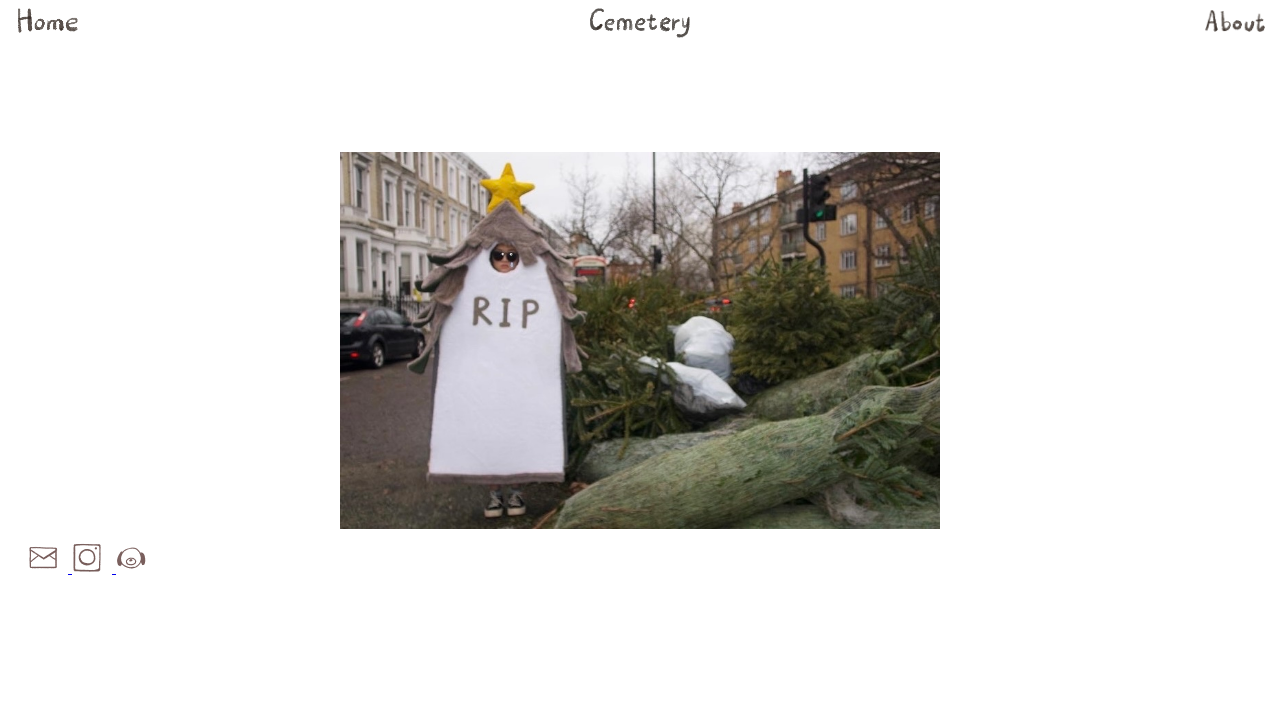
Repository: FuugaMo/ByeByeChristmasTree.github.io
Page: about.html
These files come from the project's save history. The page is drawn as it stood at one moment and after the next save; the edit follows.
The browser window is 1280 px wide. The pictures show the whole page.

Above is the page before, as saved 2023-08-01 21:48:09.

### about.html
<!DOCTYPE html>
<html lang="en">

<head>
    <meta charset="utf-8" />
    <link
        href="about.css"
        rel="stylesheet"
    />

</head>

<body>
    <!-- 顶部导航栏 -->
    <nav>
        <div
            class="home"
            style="width:60px; height:50px"
        >
            <img
                src="./Image/Home.png"
                width="60px"
            >
            <input
                type="button"
                onclick='location.href=("index.html")'
            />

        </div>

        <div
            class="cemetery"
            style="width: 100px;"
        >
            <img
                src="./Image/cemetery.png"
                class="cemetery"
                width="100px"
            >
            <input
                type="button"
                onclick='location.href=("cemetery.html")'
            />
        </div>

        <div
            class="about"
            style="width: 60px;"
        >
            <img
                src="./Image/about.png"
                width="60px"
            >
            <input
                type="button"
                onclick='location.href=("about.html")'
            />
        </div>

    </nav>

    <div id="content">
        <img src="./Image/About1.jpeg">
    </div>

    <div class="text2">
        <a href="https://bagegoo@126.com">
            <img
                class="link"
                src="./Image/Mail.jpg"
                alt="Mail Icon"
            >
        </a>
        <a href="https://www.instagram.com/bagegoo/">
            <img
                class="link"
                src="./Image/Ins.jpg"
                alt="Instagram Icon"
            >
        </a>
        <a href="https://bagegoo.com">
            <img
                class="link"
                src="./Image/Dog.jpg"
                alt="Website Icon"
            >
        </a>
    </div>

</body>

### about.css
/* 新增样式 */
#content {
    /* 居中 */
    margin: 0 auto;
    width: 600px;
}

#content img {
    width: 600px;
}

#content .text {
    flex: 1;
    padding-left: 20px;
}


/* 导航栏 */
.home {
    position: relative;
    display: -webkit-box;
    -webkit-box-pack: start;
    -webkit-box-align: start;
    -webkit-box-orient: start;
    text-align: center;
    margin-left: 10px;
    /* opacity: 0; */
}

.home input {
    cursor: url("光标.png"), auto;
    position: absolute;
    width: 60px;
    height: 25px;
    border: 0px;
    left: 0px;
    top: 0px;
    /* opacity: 0.5; */
    /* background-color: black; */
    background-color: transparent;
}

.cemetery {
    position: relative;
    margin: 0 auto;
    top: -25px;
}

.cemetery input {
    cursor: url("光标.png"), auto;
    position: relative;
    width: 100px;
    height: 60px;
    border: 0;
    top: -85px;
    /* opacity: 0.5; */
    /* background-color: black; */
    background-color: transparent;
}

.about {
    position: absolute;
    right: 15px;
    top: 10px;
}

p1,
p2,
p3 {
    font-family: "Gill Sans", sans-serif;
    font-size: large;
    color: gray;
}

.text2 {
    margin-top: 10px;
    margin-left: 20px;
}

.about input {
    cursor: url("光标.png"), auto;
    position: absolute;
    width: 60px;
    height: 25px;
    border: 0px;
    right: 1px;
    /* opacity: 0.5; */
    /* background-color: black; */
    background-color: transparent;

}

/* 导航栏结束 */

html {
    cursor: url("光标.png"), auto;
}

.link {
    width: 30px;
    margin-right: 10px;
}

After the next save:
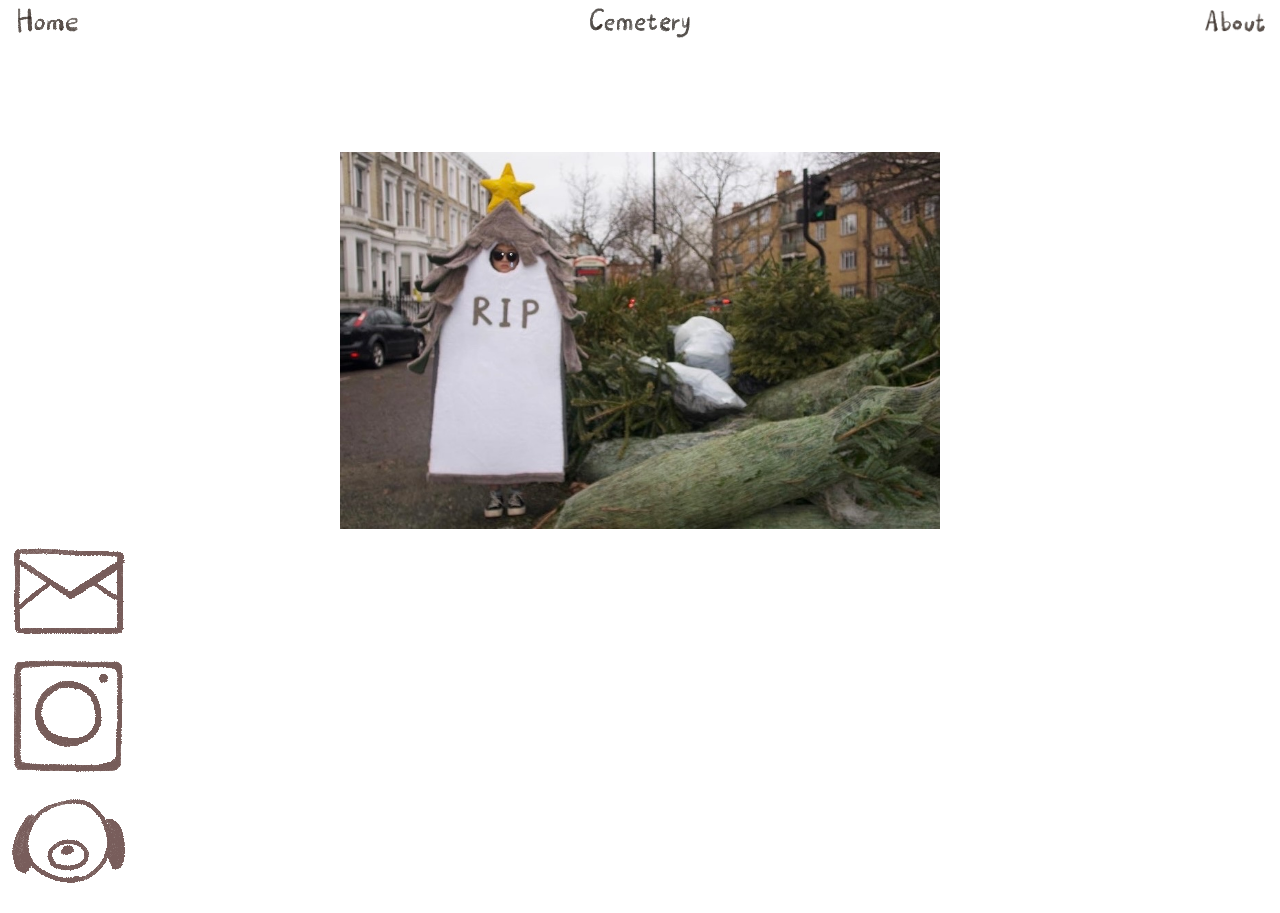
Saved 74 s later.
--- a/about.html
+++ b/about.html
@@ -63,24 +63,21 @@
         <img src="./Image/About1.jpeg">
     </div>
 
-    <div class="text2">
+    <div class="link">
         <a href="https://bagegoo@126.com">
             <img
-                class="link"
                 src="./Image/Mail.jpg"
                 alt="Mail Icon"
             >
         </a>
         <a href="https://www.instagram.com/bagegoo/">
             <img
-                class="link"
                 src="./Image/Ins.jpg"
                 alt="Instagram Icon"
             >
         </a>
         <a href="https://bagegoo.com">
             <img
-                class="link"
                 src="./Image/Dog.jpg"
                 alt="Website Icon"
             >
